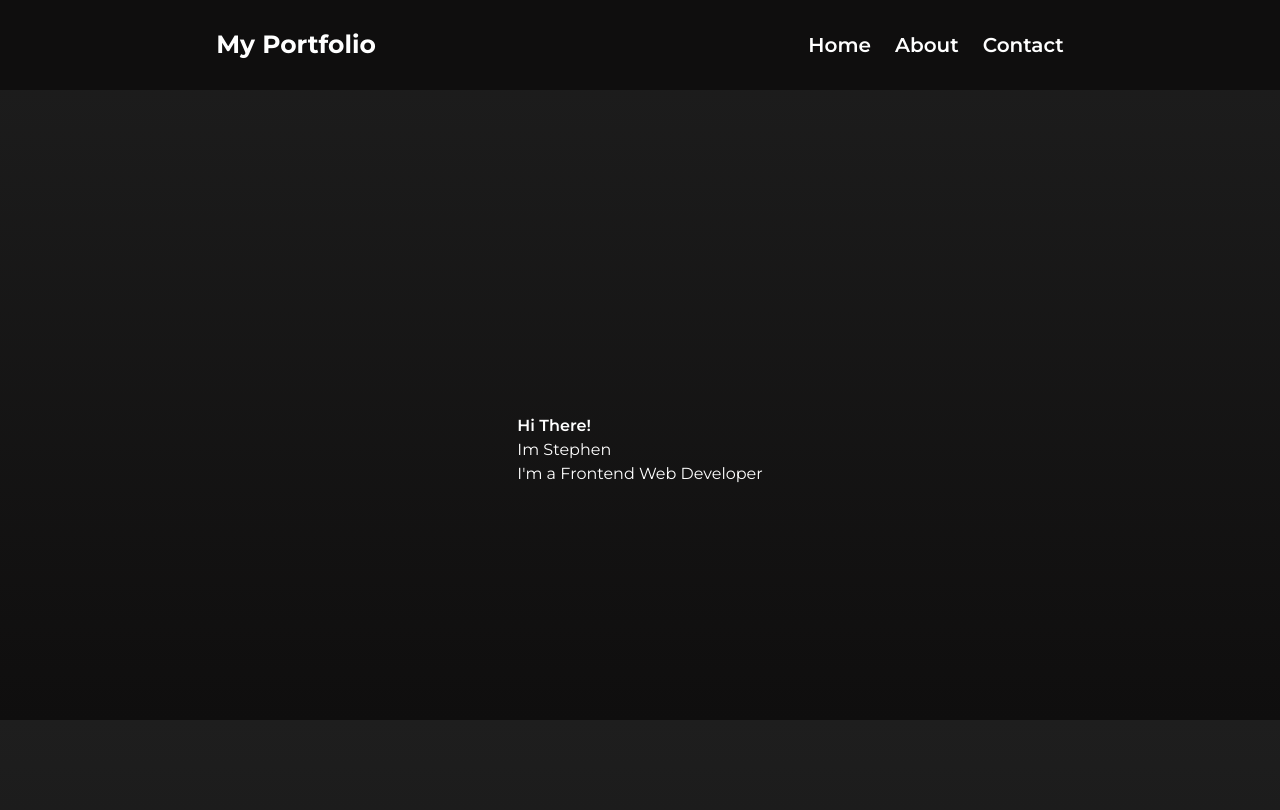
Repository: KaguyaKawaii/portfolio
Page: / (app in frontend/)
An editor plug-in stored every save of this project. The page is shown before and after the next save, followed by the edit.
The browser window is 1280 px wide. The pictures show the whole page.
The project was rebuilt for these pictures with package versions that can differ from the ones it lists, and the page was loaded fresh each time. Also part of the build but not shown: frontend/vite.config.js.

Above is the page before, as saved 2025-10-27 23:41:51.

### frontend/src/index.css
/* ✅ 1️⃣ Google Fonts first */
@import url('https://fonts.googleapis.com/css2?family=Montserrat:wght@400;500;600;700&display=swap');

/* ✅ 2️⃣ Then Tailwind (only once) */
@import "tailwindcss";

/* ✅ 3️⃣ Optional: your own CSS rules */
body {
  font-family: 'Montserrat', sans-serif;
}

### frontend/src/App.jsx
import { useState } from 'react'


function App() {

  return (
    <>
      <header className='bg-[#0F0E0E] h-[90px]'>
        <div className='flex justify-around items-center h-full text-white'>
          <h1 className='font-bold font-montserrat text-[25px]'>My Portfolio</h1>

          <div className='flex font-montserrat gap-6 font-semibold text-[20px]'>
            <p>Home</p>
            <p>About</p>
            <p>Contact</p>
          </div>
        </div>
      </header>

      <body className='bg-linear-180 from-[#1E1E1E] to-[#0F0E0E] h-screen text-white'>
        <div className='flex justify-around items-center h-screen'>
          <div>
            <h1 className='font-semibold'>Hi There!</h1>
            <p>Im Stephen</p>
            <p>I'm a Frontend Web Developer</p>
          </div>
        </div>
      </body>
    </>
  )
}

export default App

Loaded but not shown: frontend/index.html (common file); frontend/src/main.jsx (common file)

After the next save:
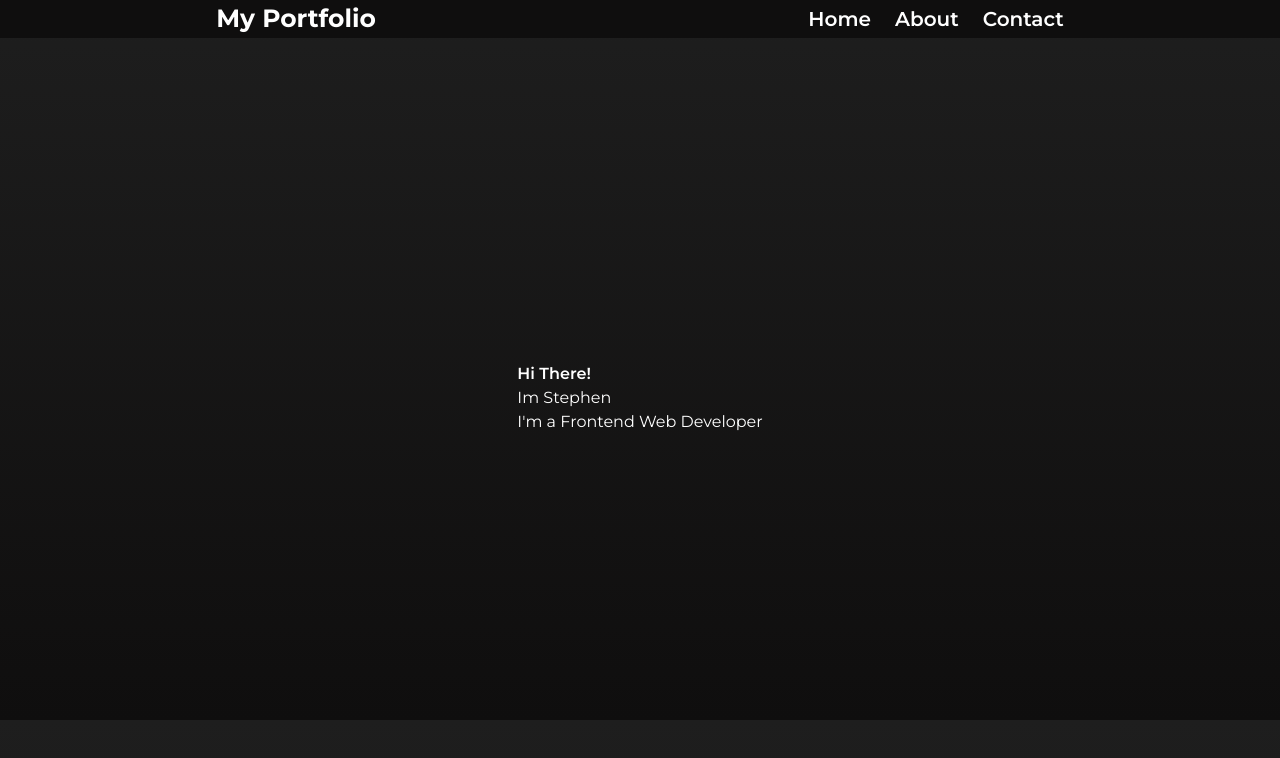
Saved 11 s later.
--- a/frontend/src/App.jsx
+++ b/frontend/src/App.jsx
@@ -5,7 +5,7 @@
 
   return (
     <>
-      <header className='bg-[#0F0E0E] h-[90px]'>
+      <header className='bg-[#0F0E0E] h-[90px] h-full'>
         <div className='flex justify-around items-center h-full text-white'>
           <h1 className='font-bold font-montserrat text-[25px]'>My Portfolio</h1>
 

After the save that followed:
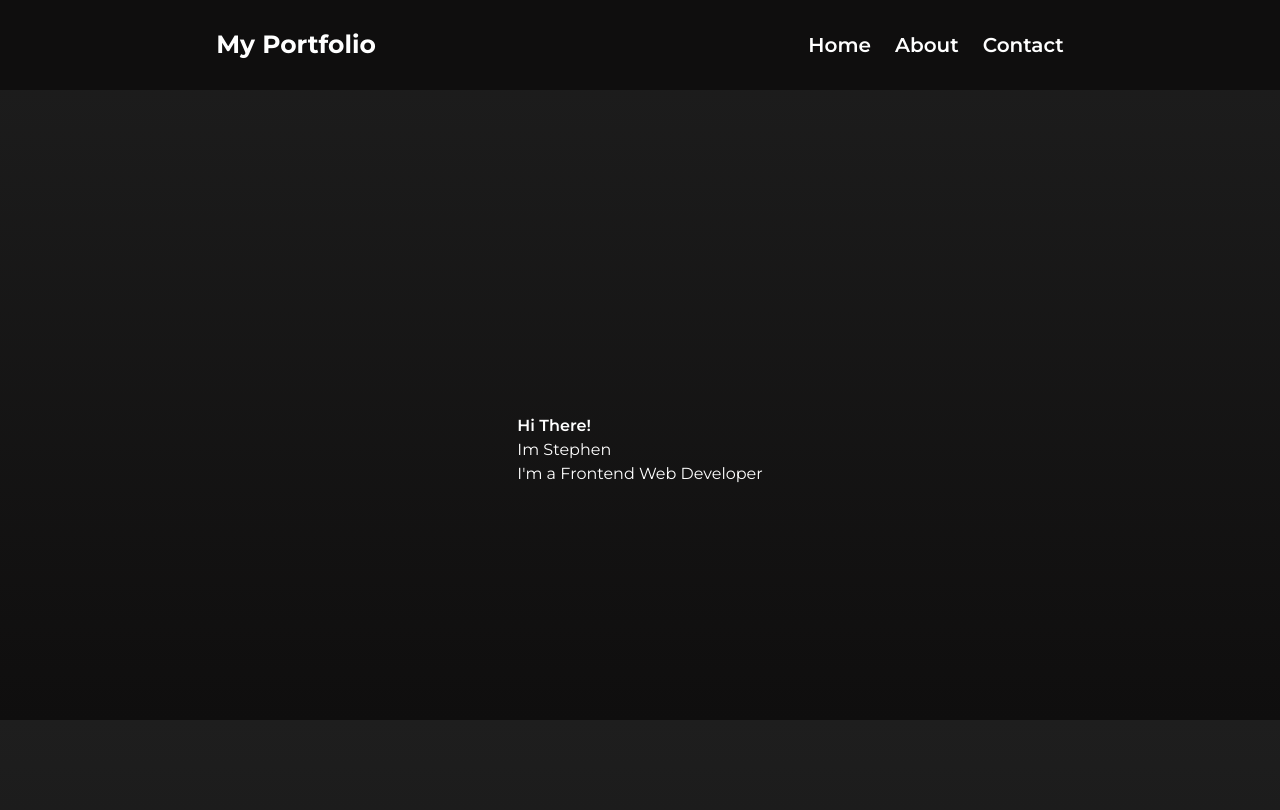
Saved 4 s later.
--- a/frontend/src/App.jsx
+++ b/frontend/src/App.jsx
@@ -5,7 +5,7 @@
 
   return (
     <>
-      <header className='bg-[#0F0E0E] h-[90px] h-full'>
+      <header className='bg-[#0F0E0E] h-[90px] w-full'>
         <div className='flex justify-around items-center h-full text-white'>
           <h1 className='font-bold font-montserrat text-[25px]'>My Portfolio</h1>
 
